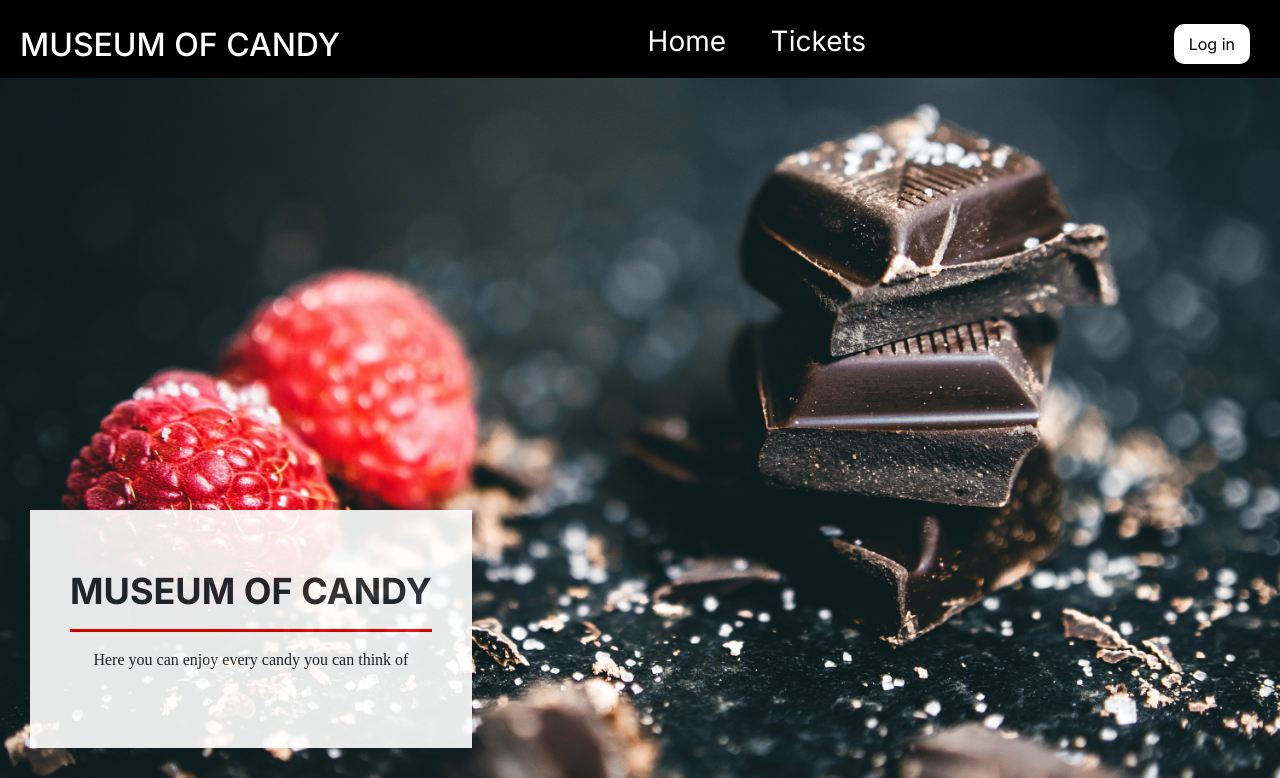
Repository: m-koparanova/MuseumOfCandy
Page: index.html
An editor plug-in stored every save of this project. The page is shown before and after the next save, followed by the edit.
The browser window is 1280 px wide. The pictures show the whole page.
Some web fonts or font styles are not loaded; a fallback is used.

Above is the page before, as saved 2023-03-05 20:04:43.

After the next save:
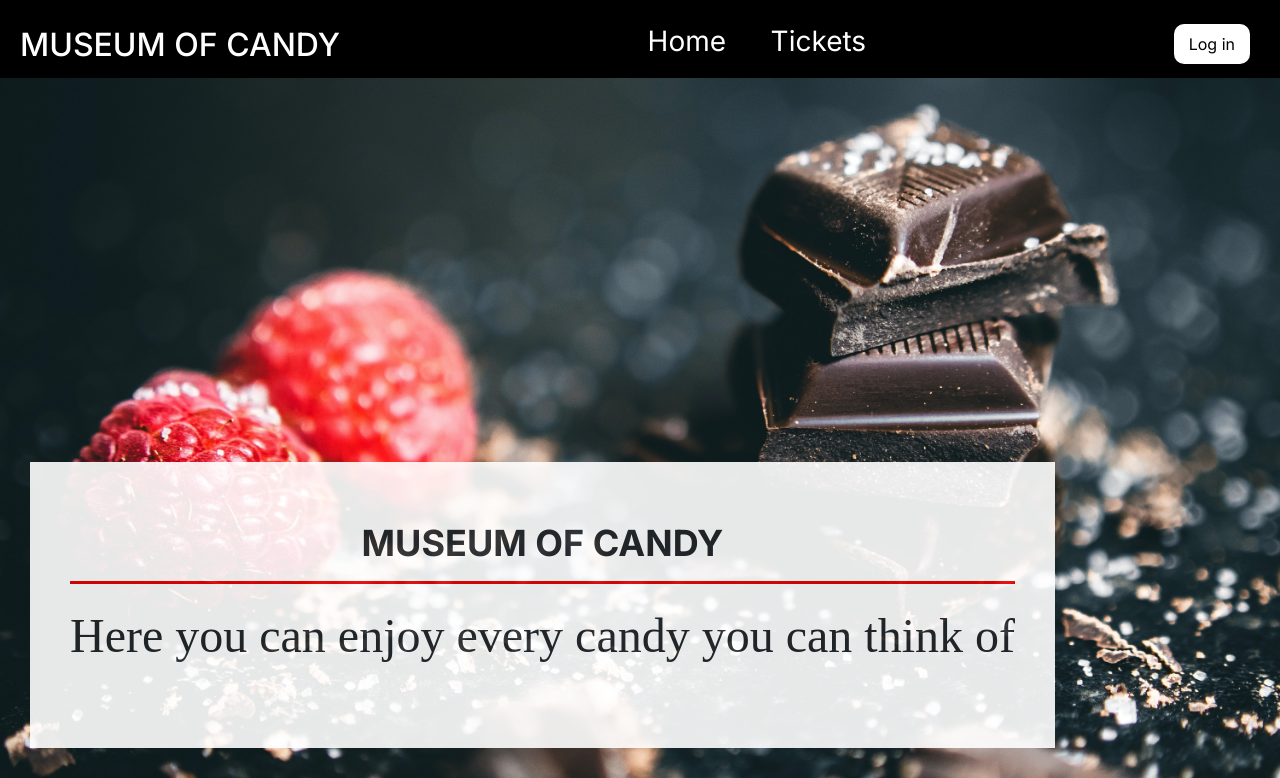
Saved 22 s later.
--- a/style.css
+++ b/style.css
@@ -93,4 +93,5 @@
 
 .image-container div p{
     font-family: 'Italianno', cursive;
+    font-size: 48px;
 }
